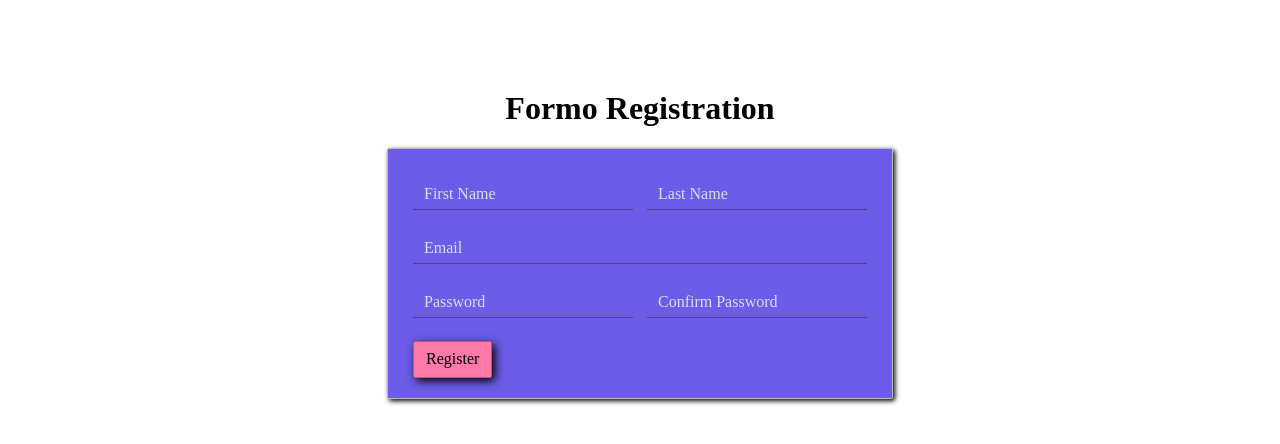
Repository: AMAmine89/vanilla-projects
Page: formo/index.html
These files come from the project's save history. The page is drawn as it stood at one moment and after the next save; the edit follows.
The browser window is 1280 px wide. The pictures show the whole page.

Above is the page before, as saved 2021-05-05 08:28:38.

### formo/index.html
<!DOCTYPE html>
<html lang="en">
<head>
    <meta charset="UTF-8">
    <meta http-equiv="X-UA-Compatible" content="IE=edge">
    <meta name="viewport" content="width=device-width, initial-scale=1.0">
    <link href="https://fonts.googleapis.com/css2?family=Lato&display=swap" rel="stylesheet">
    <link rel="stylesheet" href="css/normalize.css">
    <link rel="stylesheet" href="style.css">
    <title>Formo</title>
</head>
<body>
    <head>
        <h1>Formo Registration</h1>
    </head>
    <section>
        <form>
            <div class="double-block">
                <div>
                    <span class="first-name">
                        <input type="text" name="first-name" id="first-name">
                    </span>
                </div>
                <div>
                    <span class="last-name">
                        <input type="text" name="last-name">
                    </span>
                </div>
            </div>
            <div>
                <span class="email"><input type="email" name="email"></span>
            </div>
            <div class="double-block">
                <div>
                    <span class="password">
                        <input type="password" name="password">
                    </span>
                </div>
                <div>
                    <span class="confirm-password">
                        <input type="password" name="confirm-password">
                    </span>
                </div>
            </div>
            <div>
                <input type="submit" value="Register">
            </div>
        </form>
    </section>
</body>
</html>

### formo/style.css
section {
    display: flex;
    justify-content: center;
    margin-top: 10px;
    color: #d5e1e4;
}

h1 {
    text-align: center;
    margin-top: 90px;
}

form {
    background: #6c5ce7;
    padding: 20px;
    border: 1px solid rgb(187, 187, 187);
    box-shadow: 2px 2px 5px 0px black;
    border-radius: 2px;
    -webkit-border-radius: 2px;
    -moz-border-radius: 2px;
    -ms-border-radius: 2px;
    -o-border-radius: 2px;
}

div {
    position: relative;
}

.double-block div {
    display: inline-block;
}

input:not(input[type="submit"]) {
    padding: 5px 10px;
    height: 20px;
    background: transparent;
    border-top: none;
    border-right: none;
    border-left: none;
    border-bottom: solid 1px rgba(49, 49, 49, 0.527);
    margin: 10px 5px;
    outline: none;
    z-index: 2;
}

input[type="email"] {
    width: -webkit-fill-available;
}

span::after {
    content: '';
    width: 0;
    margin: auto;
    display: block;
    height: 1px;
    position: relative;
    bottom: 13px;
    color: rgb(49, 49, 49);
    border-bottom: solid 2px;
    transition: width .3s ease-in-out;
    -webkit-transition: width .3s ease-in-out;
    -moz-transition: width .3s ease-in-out;
    -ms-transition: width .3s ease-in-out;
    -o-transition: width .3s ease-in-out;
}

span:focus-within::after {
    width: calc(100% - 10px);
}

input[type="submit"] {
    padding: 8px 12px;
    background-color: #fd79a8;
    border: 1px solid #cc4c79;
    outline: none;
    cursor: pointer;
    color: initial;
    box-shadow: 3px 3px 10px 0px black;
    border-radius: 2px;
    margin-top: 10px;
    margin-left: 5px;
    -webkit-border-radius: 2px;
    -moz-border-radius: 2px;
    -ms-border-radius: 2px;
    -o-border-radius: 2px;
    transition: all .6 ease-in-out;
    -webkit-transition: all .6 ease-in-out;
    -moz-transition: all .6 ease-in-out;
    -ms-transition: all .6 ease-in-out;
    -o-transition: all .6 ease-in-out;
}

input[type="submit"]:hover {
    background-color: #cc4c79;
    color: aliceblue;
}

.first-name::before {
    content: 'First Name';
}

.last-name::before {
    content: 'Last Name';
}

.email::before {
    content: 'Email';
}
.password::before {
    content: 'Password';
}
.confirm-password::before {
    content: 'Confirm Password';
}

span {
    z-index: 1;
}

span::before {
    cursor: text;
    display: inline-block;
    position: absolute;
    top: 16px;
    left: 16px;
    bottom: 0;
    font-size: initial;
    transition: all .3s ease-in-out;
    -webkit-transition: all .3s ease-in-out;
    -moz-transition: all .3s ease-in-out;
    -ms-transition: all .3s ease-in-out;
    -o-transition: all .3s ease-in-out;
}

span:focus-within::before, span:focus::before, span:focus-within:valid::before {
    top: 0;
    left: 10px;
    bottom: 30px;
    font-size: .85em;
}

label {
    cursor: text;
    display: inline-block;
    position: relative;
    bottom: auto;
    left: -180px;
    transition: bottom .7s ease-in-out;
    -webkit-transition: bottom .7s ease-in-out;
    -moz-transition: bottom .7s ease-in-out;
    -ms-transition: bottom .7s ease-in-out;
    -o-transition: bottom .7s ease-in-out;
}

input:-internal-autofill-selected {
    color: initial !important;
    background-color: initial !important;
}

Loaded but not shown: formo/normalize.css (library)

After the next save:
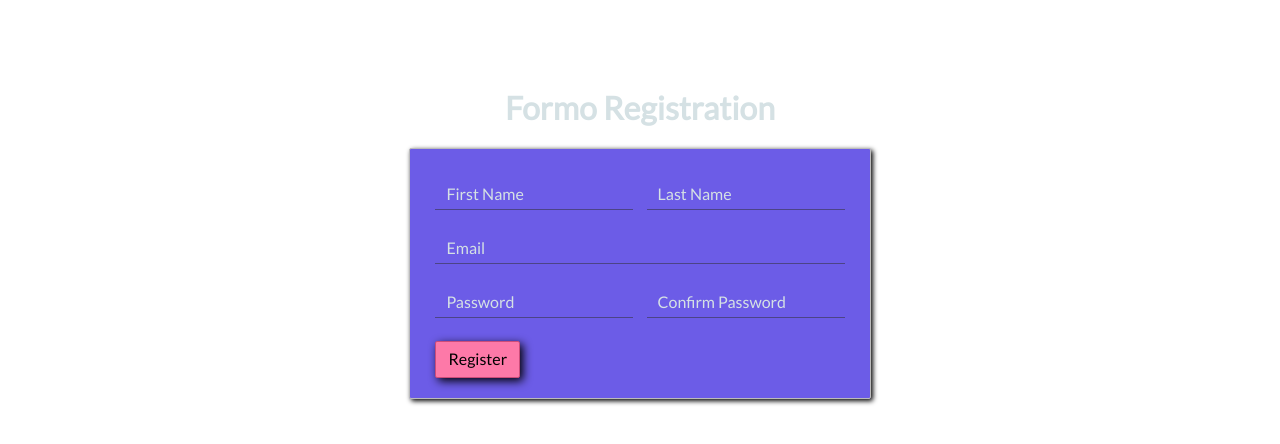
Saved 25 s later.
--- a/formo/style.css
+++ b/formo/style.css
@@ -1,8 +1,12 @@
+* {
+    color: #d5e1e4;
+    font-family: "Lato";
+}
+
 section {
     display: flex;
     justify-content: center;
     margin-top: 10px;
-    color: #d5e1e4;
 }
 
 h1 {
